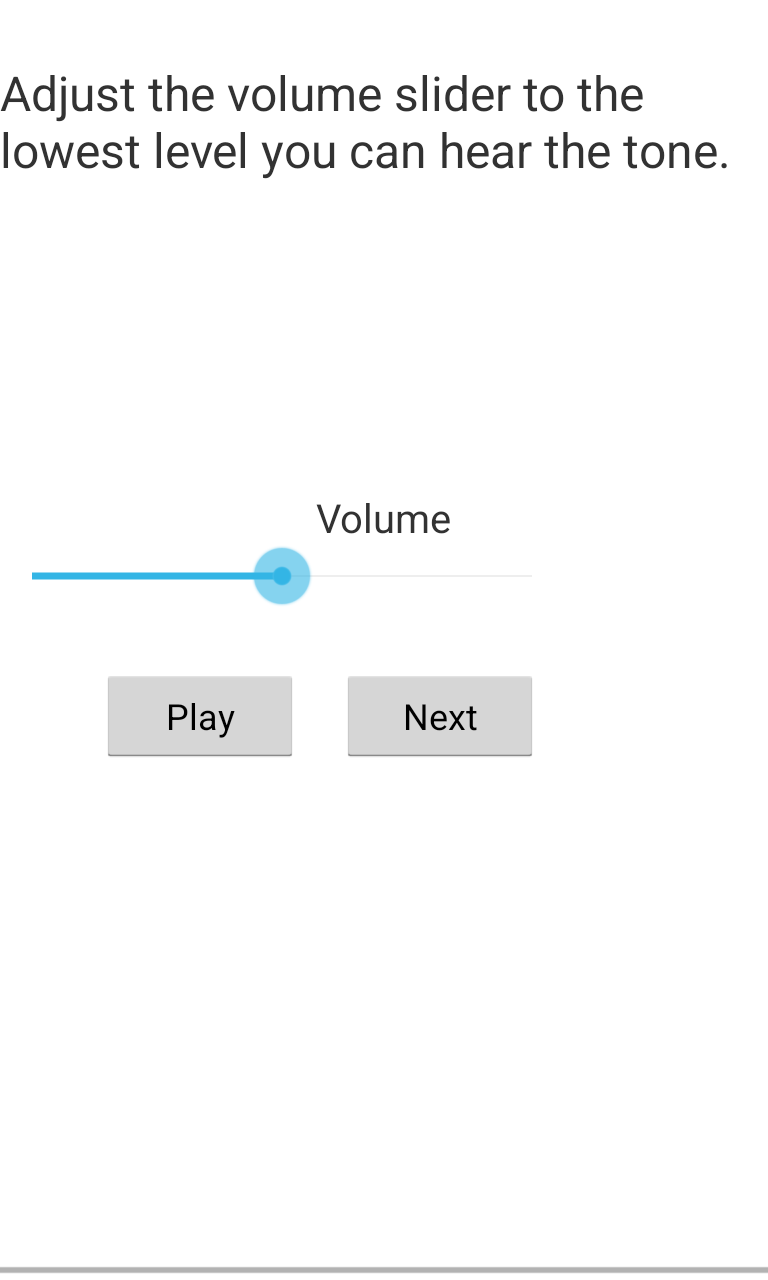
Repository: jmd33/capstone
Layout: Hearing Test/res/layout/hearing_test.xml
The author's editor kept a copy of each file at every save. The layout is drawn from the files as they stood at one save, then again after the next save.
It is drawn on a 768 x 1280 px phone screen (xhdpi) without system bars, with theme ThemeLight; the app's code is not run.

Above is the layout before, as saved 2013-05-31 01:27:59.

### Hearing Test/res/layout/hearing_test.xml
<?xml version="1.0" encoding="utf-8"?>
<LinearLayout xmlns:android="http://schemas.android.com/apk/res/android"
    android:layout_width="match_parent"
    android:layout_height="match_parent"
    android:layout_marginLeft="20dp"
    android:layout_marginRight="20dp"

    android:orientation="vertical" >

    <TextView
        android:id="@+id/textView1"
        android:layout_width="fill_parent"
        android:layout_height="wrap_content"
        android:layout_gravity="center_horizontal"
        android:layout_marginTop="30dp"
        android:text="Adjust the volume slider to the lowest level you can hear the tone."
        android:textSize="24dp" />

    <LinearLayout
        android:id="@+id/LL_vis"
        android:layout_width="fill_parent"
        android:layout_height="60dp"
        android:orientation="vertical" >
    </LinearLayout>

    <TextView
        android:id="@+id/frequency"
        android:layout_width="fill_parent"
        android:layout_height="wrap_content"
        android:height="30dp"
        android:textSize="20dp"
        android:width="40dp" />

     <LinearLayout
         android:layout_width="match_parent"
         android:layout_height="wrap_content" >

         <TextView
             android:id="@+id/TextView01"
             android:layout_width="wrap_content"
             android:layout_height="wrap_content"
             android:layout_gravity="center_horizontal"
             android:layout_weight=".5"
             android:height="30dp"
             android:textSize="20dp"
             android:width="40dp" />

         <TextView
             android:id="@+id/ear"
             android:layout_width="wrap_content"
             android:layout_height="wrap_content"
             android:layout_gravity="center_horizontal"
             android:layout_weight=".5"
             android:height="30dp"
             android:textSize="20dp"
             android:width="40dp" />
     </LinearLayout>

    <TextView
        android:id="@+id/textView1"
        android:layout_width="wrap_content"
        android:layout_height="wrap_content"
        android:layout_gravity="center_horizontal"
        android:layout_marginTop="34dp"
        android:text="Volume"
        android:textSize="20dp" />

    <SeekBar
        android:id="@+id/seekbar"
        android:layout_width="wrap_content"
        android:layout_height="wrap_content"
        android:max="100"
        android:minWidth="250dp"
        android:progress="50" />

    <TextView
        android:id="@+id/textview"
        android:layout_width="fill_parent"
        android:layout_height="wrap_content"
        android:height="30dp"
        android:textSize="20dp"
        android:width="40dp" />

    <LinearLayout
        android:layout_width="fill_parent"
        android:layout_height="wrap_content"
        android:orientation="horizontal" >

        <Button
            android:id="@+id/BTN_play"
            android:layout_width="wrap_content"
            android:layout_height="wrap_content"
            android:layout_gravity="center_horizontal"
            android:layout_marginLeft="50dp"
            android:height="20dp"
            android:text="Play"
            android:width="100dp" />

        <Button
            android:id="@+id/BTN_submit"
            android:layout_width="wrap_content"
            android:layout_height="wrap_content"
            android:layout_gravity="center_horizontal"
            android:layout_marginLeft="20dp"
            android:height="20dp"
            android:text="Next"
            android:width="100dp" />
    </LinearLayout>

    <RelativeLayout
        android:id="@+id/x"
        android:layout_width="fill_parent"
        android:layout_height="fill_parent"
        android:orientation="vertical" >

        <ProgressBar
            android:id="@+id/PB_test_progress"
            style="?android:attr/progressBarStyleHorizontal"
            android:layout_width="fill_parent"
            android:layout_height="10dp"
            android:layout_alignParentBottom="true" />
    </RelativeLayout>

</LinearLayout>

### Hearing Test/res/values-v11/styles.xml
<resources xmlns:android="http://schemas.android.com/apk/res/android">

    <style name="ThemeLight" parent="android:Theme.Holo.Light">
        <item name="android:actionBarStyle">@style/MyActionBar</item>
    </style>

    <style name="MyActionBar" parent="@android:style/Widget.Holo.Light.ActionBar">
        <item name="android:background">@color/dark_blue</item>
        <item name="android:titleTextStyle">@style/ActionBar.TitleTextStyle</item>
    </style>

    <style name="ActionBar.TitleTextStyle" parent="android:style/TextAppearance.Holo.Widget.ActionBar.Title">
        <item name="android:textColor">@color/neutral</item>
    </style>

</resources>

### Hearing Test/res/values/colors.xml
<?xml version="1.0" encoding="utf-8"?>
<resources>

    <color name="dark_blue">#0B7190</color>
    <color name="light_blue">#7CA0A9</color>
    <color name="neutral">#E2E5E5</color>
    <color name="brown">#AB8B7C</color>
    <color name="red">#9D4F48</color>

</resources>

Loaded but not shown: Hearing Test/res/values/styles.xml (common file)

After the next save:
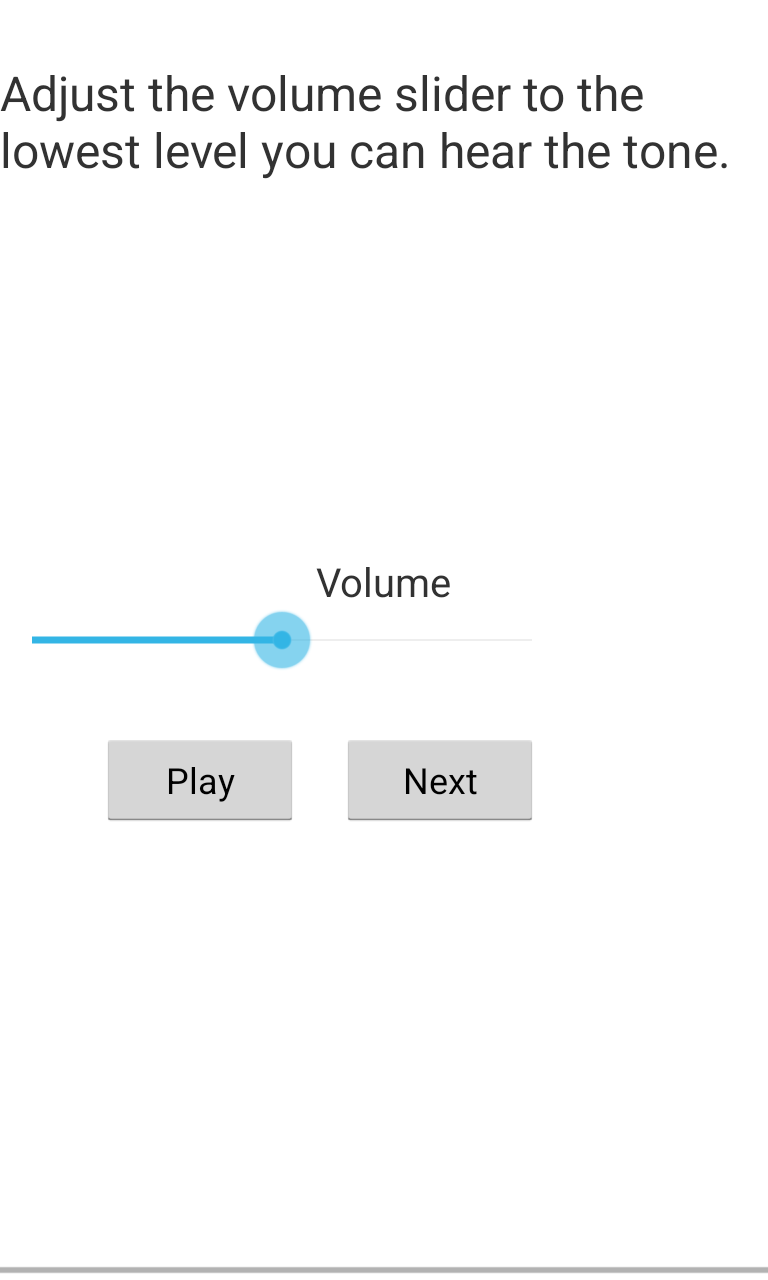
Saved 51 s later.
--- a/Hearing Test/res/layout/hearing_test.xml
+++ b/Hearing Test/res/layout/hearing_test.xml
@@ -33,27 +33,29 @@
 
      <LinearLayout
          android:layout_width="match_parent"
-         android:layout_height="wrap_content" >
+         android:layout_height="57dp"
+         android:layout_marginTop="5dp" >
 
          <TextView
-             android:id="@+id/TextView01"
+             android:id="@+id/left_ear"
              android:layout_width="wrap_content"
-             android:layout_height="wrap_content"
+             android:layout_height="match_parent"
              android:layout_gravity="center_horizontal"
-             android:layout_weight=".5"
+             android:layout_weight="0.50"
              android:height="30dp"
-             android:textSize="20dp"
+             android:textSize="30dp"
              android:width="40dp" />
 
          <TextView
-             android:id="@+id/ear"
+             android:id="@+id/right_ear"
              android:layout_width="wrap_content"
-             android:layout_height="wrap_content"
-             android:layout_gravity="center_horizontal"
-             android:layout_weight=".5"
+             android:layout_height="match_parent"
+             android:layout_gravity="right"
+             android:layout_weight="0.50"
              android:height="30dp"
-             android:textSize="20dp"
+             android:textSize="30dp"
              android:width="40dp" />
+
      </LinearLayout>
 
     <TextView
